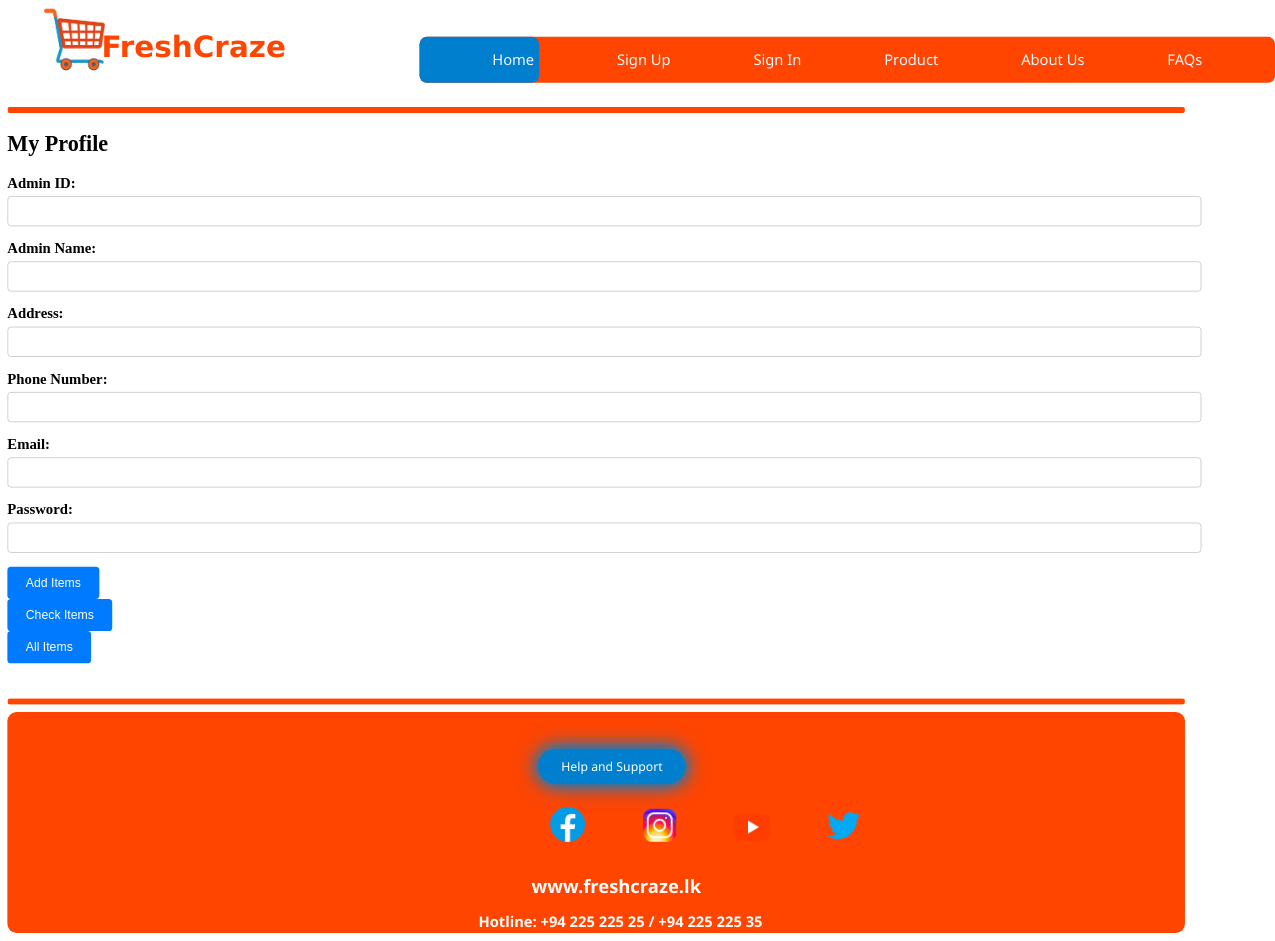
Repository: shanika2002/FreshCraze
Page: http://localhost/itemDem/profile.jsp
An editor plug-in stored every save of this project. The page is shown before and after the next save, followed by the edit.
The browser window is 1280 px wide. The page is 1386 px wide, so the pictures cover 1386 px, including what lies to the right of the window. The pictures show the whole page, at 92% of full size.
The page is served by Tomcat 9. Other server files are loaded and not shown. The template is opened directly, without the code that normally fills it, so the values that code supplies are empty.

Above is the page before, as saved 2024-05-11 05:17:14.

### itemDem/src/main/webapp/profile.jsp
<%@ page language="java" contentType="text/html; charset=ISO-8859-1"
	pageEncoding="ISO-8859-1"%>

<%@ taglib uri="http://java.sun.com/jsp/jstl/core" prefix="c"%>

<!DOCTYPE html>
<html>
<head>
<link rel="stylesheet" href="css/profile.css">
<meta charset="ISO-8859-1">
<title>Insert title here</title>
</head>
<body>

	<img src="images\logo.png" class="logo">

	<h1 class="logo_topic">FreshCraze</h1>

	<nav class="navbar">
		<a href="index.jsp">Home</a> <a href="register.jsp">Sign Up</a> <a href="mainLogin.jsp">Sign
			In</a> <a href="addItem.jsp">Product</a> <a href="link">About Us</a> <a
			href="link">FAQs</a> <span></span>
	</nav>

	<hr class="topic_line">


	<h2>My Profile</h2>

	<c:set var="ad" value="${admin}" />
	<div class="form-group">
		<label for="supplierid">Admin ID:</label> <input type="text"
			id="adminid" name="adminid" required value="${ad.id }">
	</div>
	<div class="form-group">
		<label for="suppliername">Admin Name:</label> <input type="text"
			id="adminname" name="adminname" required value="${ad.name }">
	</div>
	<div class="form-group">
		<label for="address">Address:</label> <input type="text" id="address"
			name="address" required value="${ad.address }">
	</div>
	<div class="form-group">
		<label for="phonenumber">Phone Number:</label> <input type="tel"
			id="phonenumber" name="phonenumber" pattern="[0-9]{10}" required
			value="${ad.phoneNumber }">
	</div>
	<div class="form-group">
		<label for="email">Email:</label> <input type="email" id="email"
			name="email" required value="${ad.email }">
	</div>
	<div class="form-group">
		<label for="password">Password:</label> <input type="password"
			id="password" name="password" required value="${ad.password }">
	</div>

	<form action="addItem.jsp" method="post">
		<button type="submit">Add Items</button>
	</form>

	<form action="checkItem.jsp" method="post">
		<button type="submit">Check Items</button>
	</form>

	<form action="adminItem" method="post">
		<button type="submit">All Items</button>
	</form>

	<hr class="footer_line">

	<div class="footer">
		<a href="link" target="_blank">
			<button type="button" class="help_button">Help and Support</button>
		</a>

		<div class="fb_icon">
			<a href="https://www.facebook.com/" target="_blank"><img
				src="images/facebook.png"></a>
		</div>

		<div class="insta_icon">
			<a href="https://www.instagram.com/" target="_blank"><img
				src="images/insta.png"></a>
		</div>

		<div class="twitt_icon">
			<a href="https://www.twitter.com/" target="_blank"><img
				src="images/Twitter.png"></a>
		</div>

		<div class="yt_icon">
			<a href="https://www.youtube.com/" target="_blank"><img
				src="images/yt.png"></a>
		</div>
	</div>

	<div class="contacts">
		<h1 class="link">www.freshcraze.lk</h1>
		<h1>Hotline: +94 225 225 25 / +94 225 225 35</h1>
	</div>

</body>
</html>

### itemDem/src/main/webapp/css/profile.css
@charset "ISO-8859-1";

body{
    background-color: #ffffff;
    background-repeat: no-repeat;
    background-attachment: fixed;
    background-position: center;
    width: 100%;
}

.logo{
    width: 70px;
    height: 70px;
    margin-left: 3%;
}

.logo_topic{
    font-family: verdana;
    margin-left: 8%;
    margin-top: -3.9%;
    color: orangered;
}

.navbar{
    margin-left:35%;
    margin-top:-4%;
    padding: 0;
    box-sizing: border-box;
    font-family: 'Segoe UI';
    display: flex;
    justify-content:center;
    align-items: center;
    min-height: 5vh;

    position:relative;
    background-color: orangered;
    border-radius: 8px;
    width: 930px;
    height: 50px;
    display: flex;
}

nav a{
    position: relative;
    display: inline-block;
    font-size: 1em;
    font-weight: 500;
    color: aliceblue;
    text-decoration: none;
    padding: 45px;
    z-index: 1;
}

nav span{
    position: absolute;
    top: 0;
    left: 0;
    width: 130px;
    height: 100%;
    background-color:rgb(0, 127, 206);
    border-radius: 8px;
    transition: .3s;
}

nav a:nth-child(1):hover~span{
    left: 0;
    width: 400;
}

nav a:nth-child(2):hover~span{
    left: 170px;
    width: 110px;
}

nav a:nth-child(3):hover~span{
    left:300px;
    width: 110px;
}

nav a:nth-child(4):hover~span{
    left: 450px;
    width: 150px;
}

nav a:nth-child(5):hover~span{
    left: 650px;
    width: 110px;
}

nav a:nth-child(6):hover~span{
    left: 805px;
    width: 125px;
}



.topic_line{
    border: none;
    margin-top: 2%;
    border-top: 7px solid orangered;
    border-radius: 10px;
}

.help_button{
    box-shadow:0 0 15px rgb(0, 127, 206),0 0 25px rgb(0, 127, 206);
    border: none;
    width: 160px;
    margin-left: 44%;
    font-family: 'Segoe UI';
    padding: 10px 12px;
    color: #ffffff;
    background-color:rgb(0, 127, 206);
    border-radius: 20px;
}

.help_button:hover{
    box-shadow: 0 0 25px rgb(0, 127, 206);
}

.fb_icon{
    margin-left: 560px;
    margin-top: 20px;
}

.insta_icon{
    margin-left: 660px;
    margin-top: -51px;
}

.yt_icon{
    margin-left: 760px;
    margin-top: -51px;
}

.twitt_icon{
    margin-left: 860px;
    margin-top: -51px;
}




.container {
    max-width: 500px;
    margin: 0 auto;
    padding: 20px;
    background-color: #ffff80;
    border-radius: 5px;
    box-shadow: 0 0 10px rgba(0, 0, 0, 0.1);
}

/* Styling for headings */
h2 {
    font-size: 24px;
    margin-bottom: 20px;
}

/* Styling for form groups */
.form-group {
    margin-bottom: 15px;
}

.form-group label {
    font-weight: bold;
    display: block;
    margin-bottom: 5px;
}

.form-group input[type="text"],
.form-group input[type="tel"],
.form-group input[type="email"],
.form-group input[type="password"] {
    width: 100%;
    padding: 8px;
    border: 1px solid #ccc;
    border-radius: 4px;
}

/* Styling for buttons */
button[type="submit"] {
    padding: 10px 20px;
    background-color: #007bff;
    color: #fff;
    border: none;
    border-radius: 4px;
    cursor: pointer;
}

button[type="submit"]:hover {
    background-color: #0056b3;
}


.footer{
    height: 200px;
    background-color: orangered;
    padding-top: 40px;
    padding-left: 25px;
    border-radius: 10px;
}

.footer_line{
    border: none;
    margin-top: 3%;
    border-top: 7px solid orangered;
    border-radius: 10px;
}

.contacts{
    font-size: 8px;
    color:rgb(255, 255, 255);
    font-family: 'Segoe UI';
    margin-left: 40%;
    margin-top: -5%;
}

.link{
    font-size: 20px ;
    margin-top: -6%;
    margin-left: 7.5%;
}

After the next save:
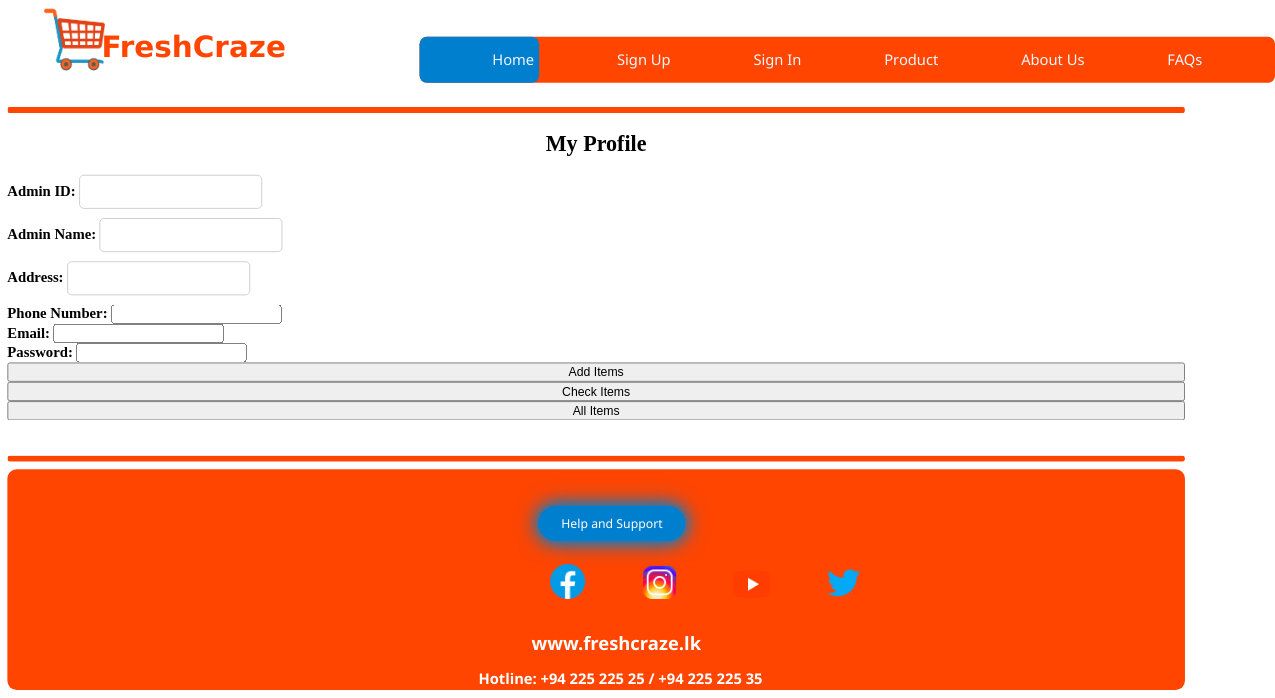
Saved 76 s later.
--- a/itemDem/src/main/webapp/css/profile.css
+++ b/itemDem/src/main/webapp/css/profile.css
@@ -138,8 +138,6 @@ nav a:nth-child(6):hover~span{
 }
 
 
-
-
 .container {
     max-width: 500px;
     margin: 0 auto;
@@ -149,47 +147,47 @@ nav a:nth-child(6):hover~span{
     box-shadow: 0 0 10px rgba(0, 0, 0, 0.1);
 }
 
-/* Styling for headings */
 h2 {
-    font-size: 24px;
+    text-align: center;
     margin-bottom: 20px;
 }
 
-/* Styling for form groups */
-.form-group {
-    margin-bottom: 15px;
-}
-
-.form-group label {
+form {
+    display: flex;
+    flex-direction: column;
+}
+
+label {
+    margin-bottom: 5px;
     font-weight: bold;
-    display: block;
-    margin-bottom: 5px;
-}
-
-.form-group input[type="text"],
-.form-group input[type="tel"],
-.form-group input[type="email"],
-.form-group input[type="password"] {
-    width: 100%;
-    padding: 8px;
+}
+
+input[type="text"],
+input[type="number"],
+select,
+textarea {
+    padding: 10px;
+    margin-bottom: 10px;
     border: 1px solid #ccc;
-    border-radius: 4px;
-}
-
-/* Styling for buttons */
-button[type="submit"] {
-    padding: 10px 20px;
-    background-color: #007bff;
-    color: #fff;
-    border: none;
-    border-radius: 4px;
+    border-radius: 5px;
+}
+
+input[type="submit"] {
+	display: block;
+    margin: 0 auto;
+    background-color: #4CAF50;
+    color: white;
+    padding: 12px 20px;
+    border: none;
+    border-radius: 5px;
     cursor: pointer;
-}
-
-button[type="submit"]:hover {
-    background-color: #0056b3;
-}
-
+    width: 40%;
+    margin-top: 10px;
+}
+
+input[type="submit"]:hover {
+    background-color: #45a049;
+}
 
 .footer{
     height: 200px;
